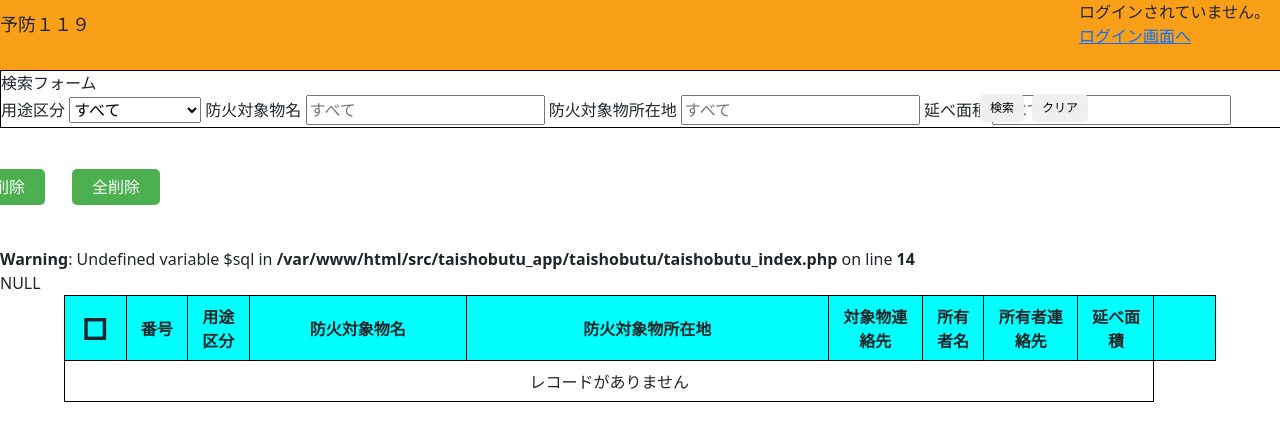
Repository: akarisuki/docker-taishobutu_app
Page: http://localhost/taishobutu_app/taishobutu/taishobutu_index.php
These files come from the project's save history. The page is drawn as it stood at one moment and after the next save; the edit follows.
The browser window is 1280 px wide. The pictures show the whole page.
The page is run by PHP 8.4 with error messages shown; the project is at /var/www/html/. Style sheets and scripts are compiled from the project's sources, by tool versions that may differ from the author's. The database holds what the project's SQL file puts in it.

Above is the page before, as saved 2023-12-23 01:04:36.
Console error: ReferenceError: $ is not defined

After the next save:
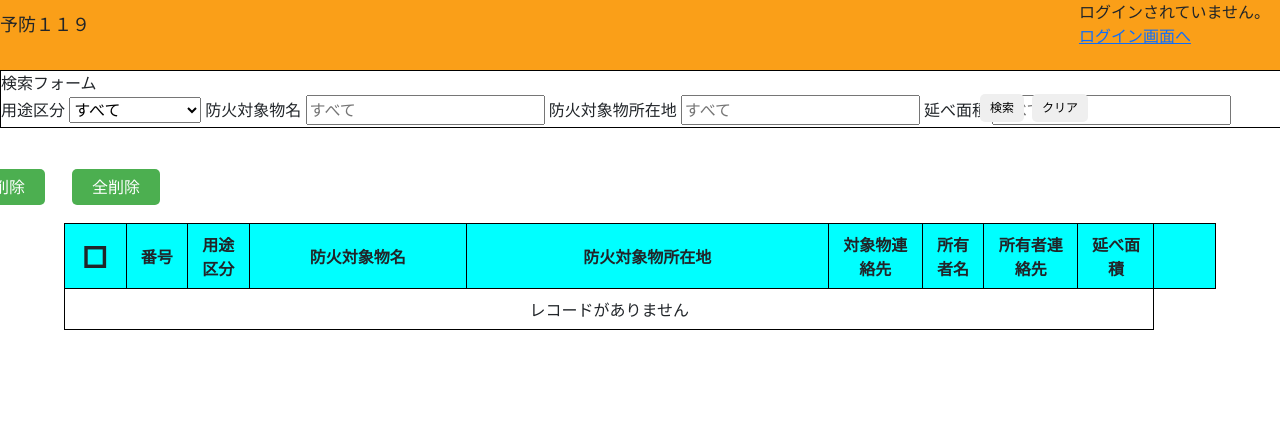
Saved 14 s later.
--- a/src/taishobutu_app/taishobutu/taishobutu_index.php
+++ b/src/taishobutu_app/taishobutu/taishobutu_index.php
@@ -11,7 +11,7 @@ include("../common/cookie_user.php");
 
 $fire_dept_code = $_SESSION['fire_dept_code'] ?? null;
 
-var_dump($sql);
+
 
 if (isset($_POST['search'])) {
   $_SESSION['search_appendix'] = isset($_POST['search_appendix']) ? (int)$_POST['search_appendix'] : 0;
